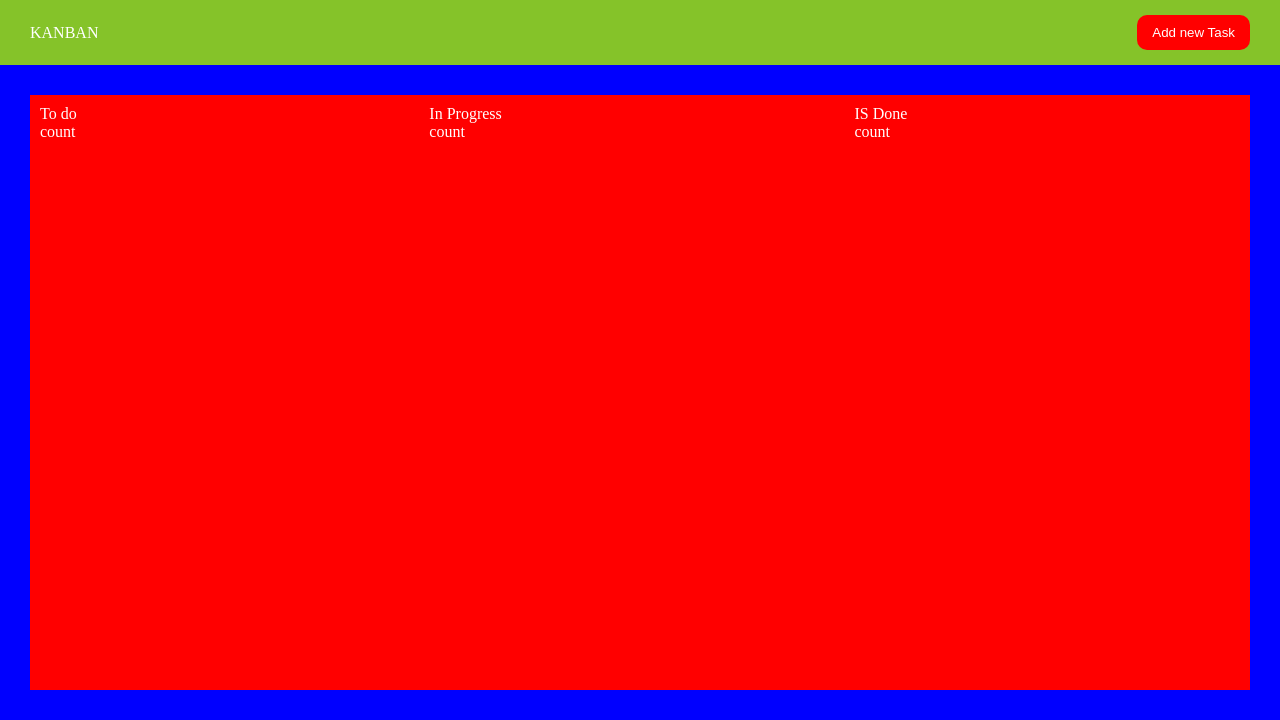
Repository: Sandeepji-5/Kanban-board
Page: index.html
These files come from the project's save history. The page is drawn as it stood at one moment and after the next save; the edit follows.
The browser window is 1280 px wide. The pictures show the whole page.

Above is the page before, as saved 2025-12-08 18:25:45.

### index.html
<!DOCTYPE html>
<html lang="en">
<head>
    <meta charset="UTF-8">
    <meta name="viewport" content="width=device-width, initial-scale=1.0">
    <title>Document</title>
    <link rel="stylesheet" href="style.css">
</head>
<body>
    <main>
        <nav>
            <div class="left">KANBAN</div>
            <div class="right"><button>Add new Task</button></div>
        </nav>
        <section class="board">
            <div class="task-column">
                <div class="hweading">
                    <div class="left">To do </div>
                    <div class="right">count</div>
                </div>
            </div>
            <div class="task-column">
                <div class="heading">
                    <div class="left">In Progress</div>
                    <div class="right">count</div>
                </div>
            </div>
            <div class="task-column">
                <div class="heading">
                    <div class="left">IS Done </div>
                    <div class="right"> count</div>
                </div>
            </div>
        </section>


    </main>
    <script src="kanban.js"></script>
</body>
</html>

### style.css
* {
    margin: 0;
    padding: 0;

    box-sizing: border-box;
}

html,
body {
    width: 100%;
    height: 100%;

}

:root {
    --bg-color: #0000000;
    --bg-button-color: red
    --primary-text-color: #f4f4f4;

    /* padding 1 rem 2 rem */
    --nav-padding: 15px 30px;
    --section-padding: 15px 30px;
    --padding-s: 5px;
    --padding-m: 10px;
    --padding-l: 15px;
    --padding-xl: 20px;
    --padding-xxl: 30px;


    /* border radius variable  */



    --border-radius-s:5px;
    --border-radius-m:10px;
    --border-radius-l:15px;
    --border-radius-xl:20px;
    --border-radius-xxl:30px;


}

body {
    background-color: black;
    color: white;
}
main{
    display: flex;
    height: 100%;
    width: 100%;
    flex-direction: column;
    background-color: rgb(133, 195, 41);

}

nav{
    padding: var(--nav-padding);
    display: flex;
    align-items: center;
    justify-content: space-between;

}
nav button{
    background-color: red;
    color: white;
    border: none;
    outline: none;
    padding: var(  --padding-m) var(  --padding-l);
    cursor: pointer;
    border-radius:var(--border-radius-m) ;

}


section{
    padding:var(--section-padding);
    /* height: 100%; */
    display: flex;
    flex-grow: 1;
    justify-content: space-between;
    background-color: blue;
    padding: var(--padding-xxl);

}
section .task-column{
    padding: var(--padding-m);
    background-color: red;
    flex-grow: 1        ;

}

Loaded but not shown: kanban.js (no copy from this time; the picture is the same without it)

After the next save:
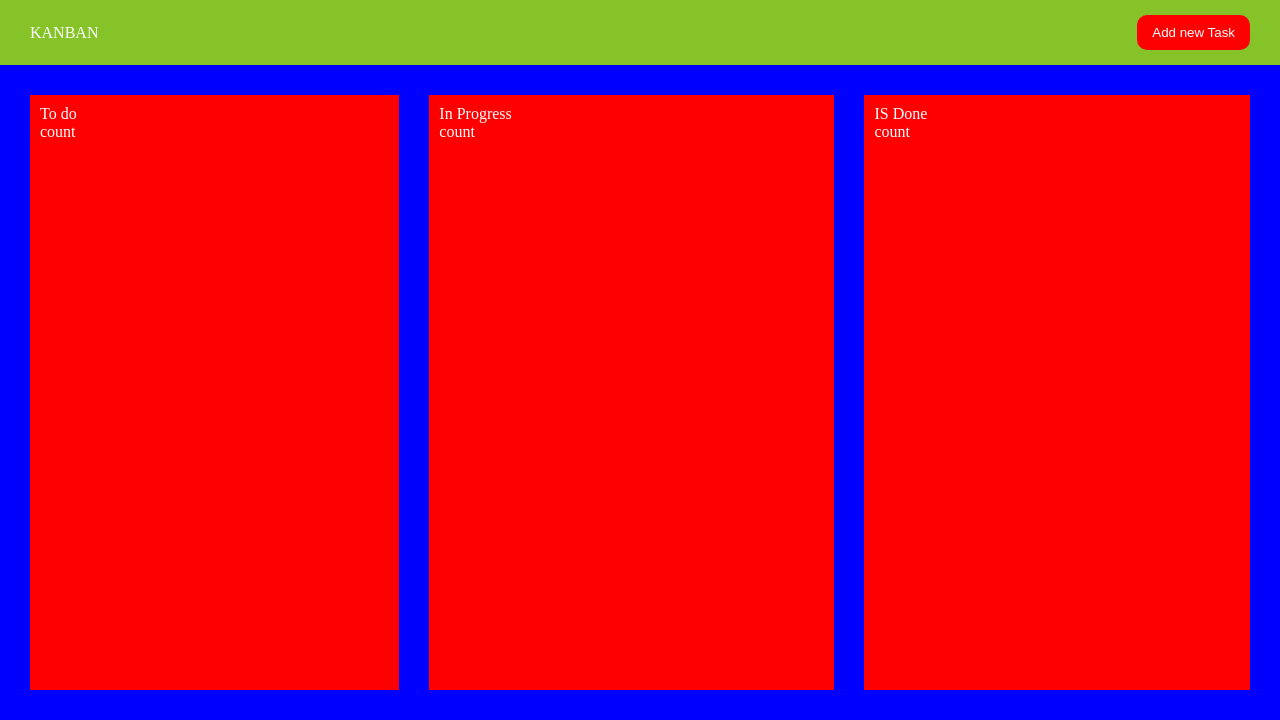
Saved 15 s later.
--- a/style.css
+++ b/style.css
@@ -80,6 +80,7 @@ section{
     justify-content: space-between;
     background-color: blue;
     padding: var(--padding-xxl);
+    gap: var(--padding-xxl);
 
 }
 section .task-column{
